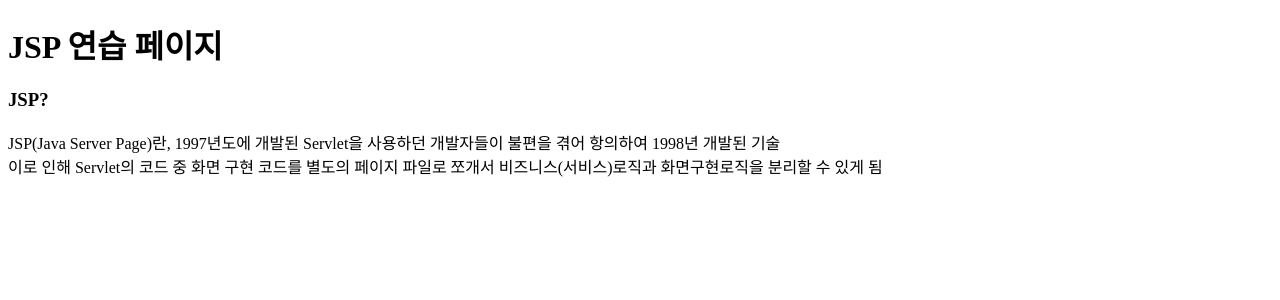
Repository: steeveelee2/WEB_Study
Page: http://localhost/jspProject/
An editor plug-in stored every save of this project. The page is shown before and after the next save, followed by the edit.
The browser window is 1280 px wide. The pictures show the whole page.
The page is served by Tomcat 9.

Above is the page before, as saved 2018-10-15 00:35:14.

After the next save:
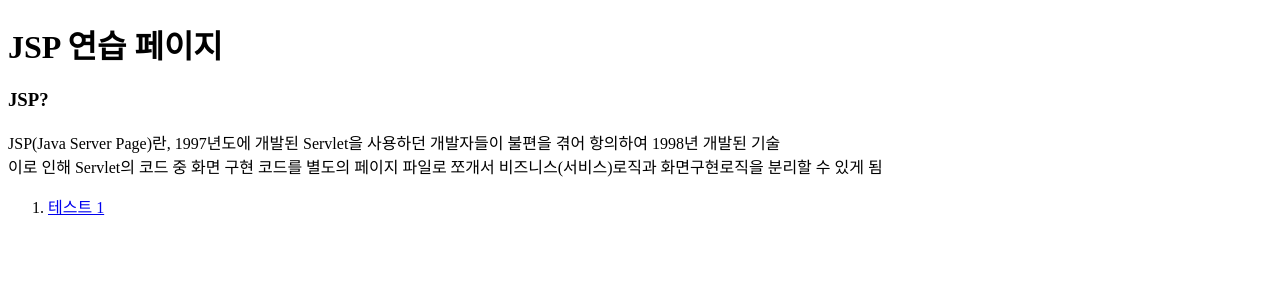
Saved 5 min 23 s later.
--- a/webWorkspace/jspProject/web/index.jsp
+++ b/webWorkspace/jspProject/web/index.jsp
@@ -11,5 +11,11 @@
 	<h3>JSP?</h3>
 	<p>JSP(Java Server Page)란, 1997년도에 개발된 Servlet을 사용하던 개발자들이 불편을 겪어 항의하여 1998년 개발된 기술<br>
 	이로 인해 Servlet의 코드 중 화면 구현 코드를 별도의 페이지 파일로 쪼개서 비즈니스(서비스)로직과 화면구현로직을 분리할 수 있게 됨</p>
+
+	<ol>
+		<li>
+			<a href="views/01_sum.jsp">테스트 1</a>
+		</li>
+	</ol>
 </body>
 </html>
